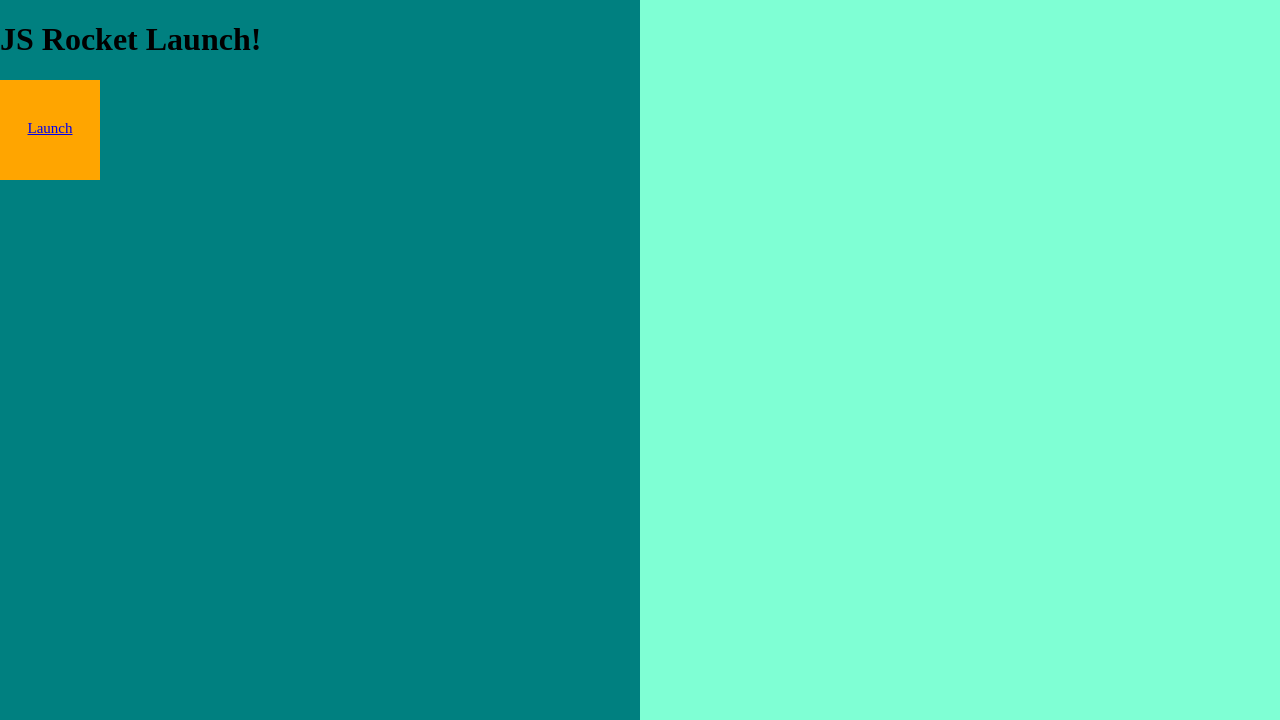
Repository: alcarrizo/Rocket-launch
Page: index.html
These files come from the project's save history. The page is drawn as it stood at one moment and after the next save; the edit follows.
The browser window is 1280 px wide. The pictures show the whole page.

Above is the page before, as saved 2022-10-19 19:45:05.

After the next save:
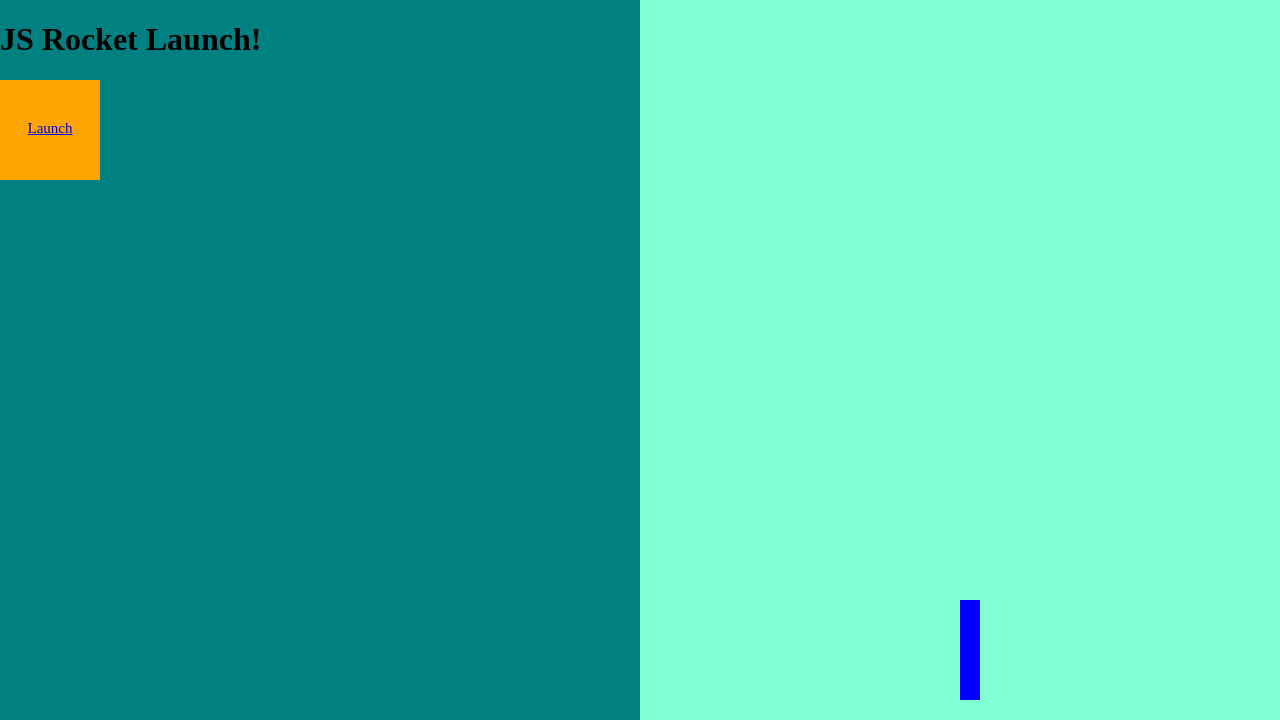
Saved 17 s later.
--- a/css/style.css
+++ b/css/style.css
@@ -22,7 +22,7 @@ body {
     background-color: aquamarine;
 }
 
-.Rocket {
+.rocket {
     position: absolute;
     left: 50%;
     bottom: 20px;
